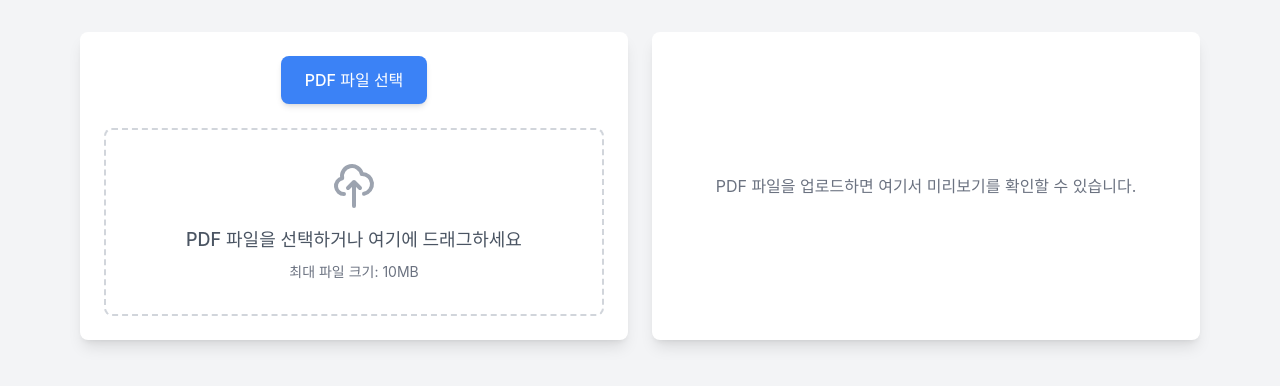
Repository: orcaCrew/PDF-Handler
Page: /
These files come from the project's save history. The page is drawn as it stood at one moment and after the next save; the edit follows.
The browser window is 1280 px wide. The pictures show the whole page.
The project was rebuilt for these pictures with package versions that can differ from the ones it lists, and the page was loaded fresh each time.

Above is the page before, as saved 2025-07-18 13:59:07.

### public/index.html
<!DOCTYPE html>
<html lang="ko">
  <head>
    <meta charset="utf-8" />
    <link rel="icon" href="%PUBLIC_URL%/favicon.ico" />
    <meta name="viewport" content="width=device-width, initial-scale=1" />
    <meta name="theme-color" content="#000000" />
    <meta
      name="description"
      content="PDF 파일 미리보기 애플리케이션"
    />
    <title>PDF 미리보기</title>
  </head>
  <body>
    <noscript>이 앱을 실행하려면 JavaScript를 활성화해야 합니다.</noscript>
    <div id="root"></div>
  </body>
</html>

### src/App.js
import React, { useState, useRef } from 'react';
import { Document, Page, pdfjs } from 'react-pdf';
import 'react-pdf/dist/esm/Page/AnnotationLayer.css';
import 'react-pdf/dist/esm/Page/TextLayer.css';

// PDF.js 워커 설정
pdfjs.GlobalWorkerOptions.workerSrc = `//cdnjs.cloudflare.com/ajax/libs/pdf.js/${pdfjs.version}/pdf.worker.min.js`;

function App() {
  const [file, setFile] = useState(null);
  const [numPages, setNumPages] = useState(null);
  const [pageNumber, setPageNumber] = useState(1);
  const [loading, setLoading] = useState(false);
  const [isDragOver, setIsDragOver] = useState(false);
  const fileInputRef = useRef(null);

  const onFileChange = (event) => {
    const { files } = event.target;
    if (files && files[0]) {
      setFile(files[0]);
      setPageNumber(1);
    }
    // 파일 선택 후 input 값을 초기화하여 같은 파일을 다시 선택할 수 있도록 함
    event.target.value = '';
  };

  const handleDragOver = (e) => {
    e.preventDefault();
    setIsDragOver(true);
  };

  const handleDragLeave = (e) => {
    e.preventDefault();
    setIsDragOver(false);
  };

  const handleDrop = (e) => {
    e.preventDefault();
    setIsDragOver(false);

    const droppedFiles = e.dataTransfer.files;
    if (droppedFiles && droppedFiles[0]) {
      const droppedFile = droppedFiles[0];
      if (droppedFile.type === 'application/pdf') {
        setFile(droppedFile);
        setPageNumber(1);
      } else {
        alert('PDF 파일만 업로드 가능합니다.');
      }
    }
  };

  const onDocumentLoadSuccess = ({ numPages }) => {
    setNumPages(numPages);
    setLoading(false);
  };

  const onDocumentLoadError = (error) => {
    console.error('PDF 로드 오류:', error);
    setLoading(false);
  };

  const changePage = (offset) => {
    setPageNumber(prevPageNumber => prevPageNumber + offset);
  };

  const previousPage = () => {
    changePage(-1);
  };

  const nextPage = () => {
    changePage(1);
  };

  return (
    <div className="min-h-screen bg-gray-100 py-8">
      <div className="max-w-6xl mx-auto px-4 space-y-6">

        {/* 제목 영역 */}
        {/* <div className="bg-white rounded-lg shadow-lg p-6">
          <h1 className="text-3xl font-bold text-gray-800 text-center">
            PDF 미리보기
          </h1>
        </div> */}

        {/* 선택 영역과 미리보기 영역을 가로로 배치 */}
        <div className="grid grid-cols-1 lg:grid-cols-2 gap-6">

          {/* PDF 선택 버튼 영역 */}
          <div className="bg-white rounded-lg shadow-lg p-6">
            <div className="flex justify-center">
              <button
                onClick={() => {
                  fileInputRef.current?.click();
                }}
                className="px-6 py-3 bg-blue-500 text-white rounded-lg hover:bg-blue-600 transition-colors font-medium shadow-md"
              >
                {file ? 'PDF 파일 변경' : 'PDF 파일 선택'}
              </button>
            </div>

            {/* 숨겨진 파일 input - 항상 존재 */}
            <input
              ref={fileInputRef}
              type="file"
              accept=".pdf"
              onChange={onFileChange}
              className="hidden"
              id="file-upload"
            />

            {/* 파일 업로드 영역 - PDF가 선택되지 않았을 때만 표시 */}
            {!file && (
              <div className="mt-6">
                <div
                  className={`border-2 border-dashed rounded-lg p-8 text-center transition-colors ${
                    isDragOver
                      ? 'border-blue-500 bg-blue-50'
                      : 'border-gray-300 hover:border-blue-400'
                  }`}
                  onDragOver={handleDragOver}
                  onDragLeave={handleDragLeave}
                  onDrop={handleDrop}
                >
                  <label
                    htmlFor="file-upload"
                    className="cursor-pointer flex flex-col items-center"
                  >
                    <svg
                      className="w-12 h-12 text-gray-400 mb-4"
                      fill="none"
                      stroke="currentColor"
                      viewBox="0 0 24 24"
                    >
                      <path
                        strokeLinecap="round"
                        strokeLinejoin="round"
                        strokeWidth={2}
                        d="M7 16a4 4 0 01-.88-7.903A5 5 0 1115.9 6L16 6a5 5 0 011 9.9M15 13l-3-3m0 0l-3 3m3-3v12"
                      />
                    </svg>
                    <span className="text-lg font-medium text-gray-600">
                      PDF 파일을 선택하거나 여기에 드래그하세요
                    </span>
                    <span className="text-sm text-gray-500 mt-2">
                      최대 파일 크기: 10MB
                    </span>
                  </label>
                </div>
              </div>
            )}
          </div>

          {/* PDF 미리보기 영역 */}
          <div className="bg-white rounded-lg shadow-lg p-6">
            {file ? (
              <div className="space-y-6">
                <div className="flex items-center justify-between">
                  <h2 className="text-xl font-semibold text-gray-800">
                    {file.name}
                  </h2>
                  <div className="flex items-center space-x-4">
                    <button
                      type="button"
                      disabled={pageNumber <= 1}
                      onClick={previousPage}
                      className="px-4 py-2 bg-blue-500 text-white rounded-lg hover:bg-blue-600 disabled:bg-gray-300 disabled:cursor-not-allowed transition-colors"
                    >
                      이전
                    </button>
                    <span className="text-gray-600">
                      페이지 {pageNumber} / {numPages || '...'}
                    </span>
                    <button
                      type="button"
                      disabled={pageNumber >= numPages}
                      onClick={nextPage}
                      className="px-4 py-2 bg-blue-500 text-white rounded-lg hover:bg-blue-600 disabled:bg-gray-300 disabled:cursor-not-allowed transition-colors"
                    >
                      다음
                    </button>
                  </div>
                </div>

                <div className="flex justify-center">
                  <div className="border border-gray-300 rounded-lg shadow-lg bg-white">
                    {loading && (
                      <div className="flex items-center justify-center p-8">
                        <div className="animate-spin rounded-full h-8 w-8 border-b-2 border-blue-500"></div>
                        <span className="ml-2 text-gray-600">PDF 로딩 중...</span>
                      </div>
                    )}
                    <Document
                      file={file}
                      onLoadSuccess={onDocumentLoadSuccess}
                      onLoadError={onDocumentLoadError}
                      onLoadStart={() => setLoading(true)}
                      loading={
                        <div className="flex items-center justify-center p-8">
                          <div className="animate-spin rounded-full h-8 w-8 border-b-2 border-blue-500"></div>
                          <span className="ml-2 text-gray-600">PDF 로딩 중...</span>
                        </div>
                      }
                    >
                      <Page
                        pageNumber={pageNumber}
                        width={Math.min(window.innerWidth / 2 - 100, 600)}
                        renderTextLayer={false}
                        renderAnnotationLayer={false}
                      />
                    </Document>
                  </div>
                </div>
              </div>
            ) : (
              <div className="text-center text-gray-500 h-full flex items-center justify-center">
                <p>PDF 파일을 업로드하면 여기서 미리보기를 확인할 수 있습니다.</p>
              </div>
            )}
          </div>

        </div>

      </div>
    </div>
  );
}

export default App;

Loaded but not shown: src/index.js (common file); src/index.css (common file); tailwind.config.js (common file)

After the next save:
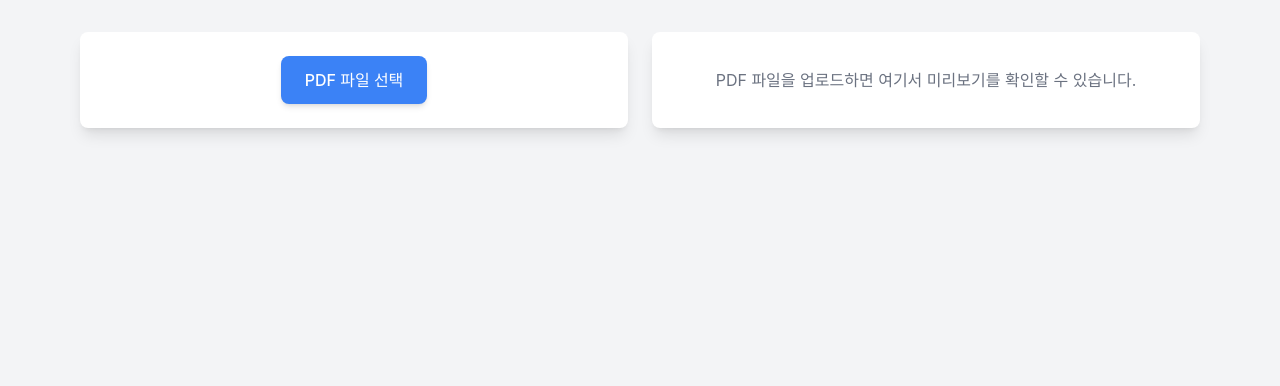
Saved 7 min 21 s later.
--- a/src/App.js
+++ b/src/App.js
@@ -108,47 +108,6 @@ function App() {
               className="hidden"
               id="file-upload"
             />
-
-            {/* 파일 업로드 영역 - PDF가 선택되지 않았을 때만 표시 */}
-            {!file && (
-              <div className="mt-6">
-                <div
-                  className={`border-2 border-dashed rounded-lg p-8 text-center transition-colors ${
-                    isDragOver
-                      ? 'border-blue-500 bg-blue-50'
-                      : 'border-gray-300 hover:border-blue-400'
-                  }`}
-                  onDragOver={handleDragOver}
-                  onDragLeave={handleDragLeave}
-                  onDrop={handleDrop}
-                >
-                  <label
-                    htmlFor="file-upload"
-                    className="cursor-pointer flex flex-col items-center"
-                  >
-                    <svg
-                      className="w-12 h-12 text-gray-400 mb-4"
-                      fill="none"
-                      stroke="currentColor"
-                      viewBox="0 0 24 24"
-                    >
-                      <path
-                        strokeLinecap="round"
-                        strokeLinejoin="round"
-                        strokeWidth={2}
-                        d="M7 16a4 4 0 01-.88-7.903A5 5 0 1115.9 6L16 6a5 5 0 011 9.9M15 13l-3-3m0 0l-3 3m3-3v12"
-                      />
-                    </svg>
-                    <span className="text-lg font-medium text-gray-600">
-                      PDF 파일을 선택하거나 여기에 드래그하세요
-                    </span>
-                    <span className="text-sm text-gray-500 mt-2">
-                      최대 파일 크기: 10MB
-                    </span>
-                  </label>
-                </div>
-              </div>
-            )}
           </div>
 
           {/* PDF 미리보기 영역 */}
